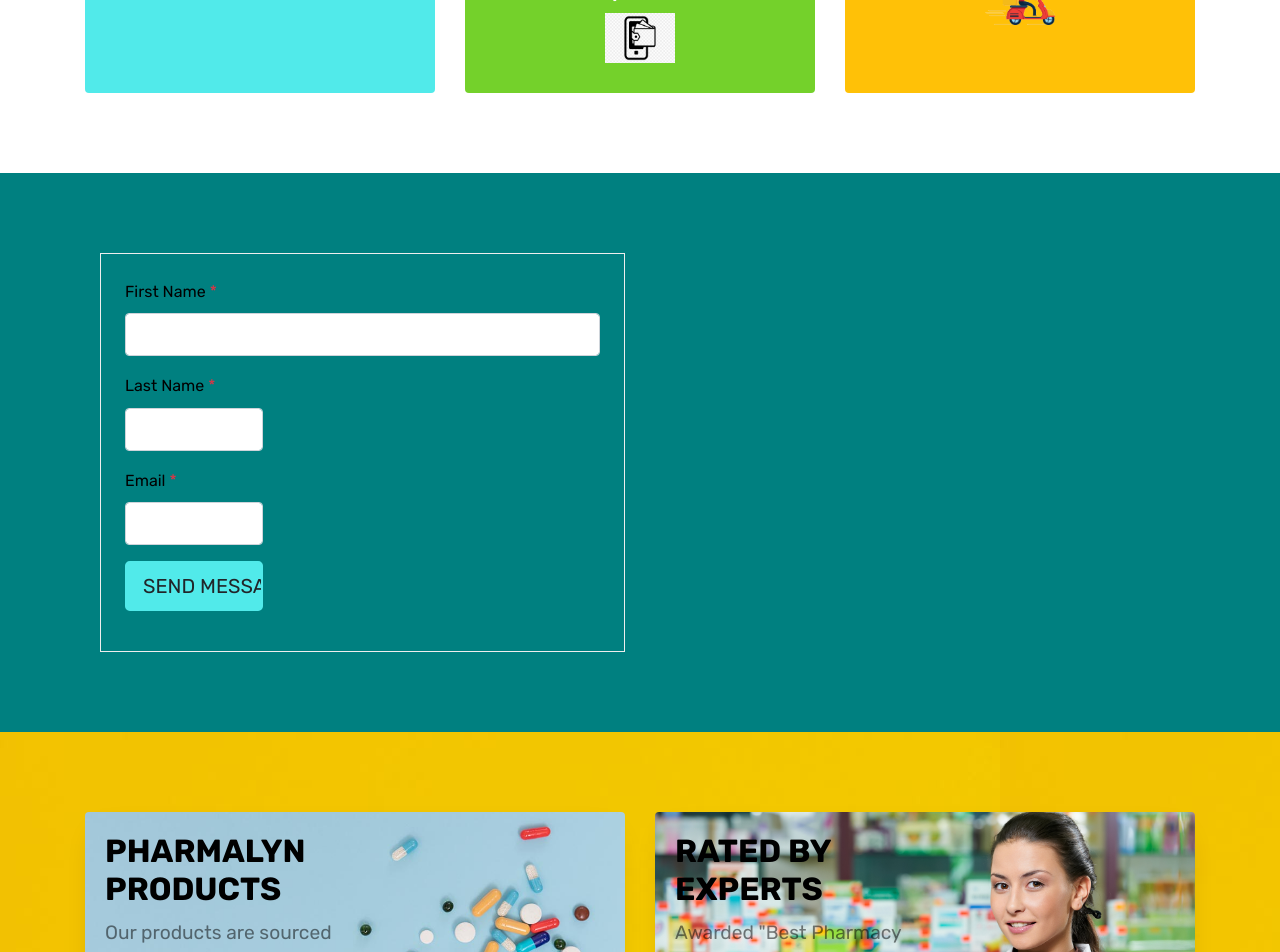
Repository: Nat-A/finalyearproject
Page: pharma/index - Copy.html
These files come from the project's save history. The page is drawn as it stood at one moment and after a run of saves; the edit follows.
The browser window is 1280 px wide. The pictures show the part of the page from y = 835 to 1787 px (the page is 2999 px tall).

Above is the page before, as saved 2020-06-03 13:41:46.

### pharma/index - Copy.html
<!DOCTYPE html>
<html lang="en">

<head>
    <title>PharmaLyn &mdash; HomePage</title>
    <meta charset="utf-8">
    <meta name="viewport" content="width=device-width, initial-scale=1, shrink-to-fit=no">

    <link href="https://fonts.googleapis.com/css?family=Rubik:400,700|Crimson+Text:400,400i" rel="stylesheet">
    <link rel="stylesheet" href="fonts/icomoon/style.css">

    <link rel="stylesheet" href="css/bootstrap.min.css">
    <link rel="stylesheet" href="css/magnific-popup.css">
    <link rel="stylesheet" href="css/jquery-ui.css">
    <link rel="stylesheet" href="css/owl.carousel.min.css">
    <link rel="stylesheet" href="css/owl.theme.default.min.css">


    <link rel="stylesheet" href="css/aos.css">

    <link rel="stylesheet" href="css/style.css">

</head>

<body>

    <div class="site-wrap">

        <!-- navbar  -->
        <div class="site-navbar py-2">

            <div class="search-wrap">
                <div class="container">
                    <a href="#" class="search-close js-search-close"><span class="icon-close2"></span></a>
                    <!-- search feature -->
                    <form action="#" method="post">
                        <input type="text" class="form-control" placeholder="Search drug...">
                    </form>
                </div>
            </div>

            <div class="container">
                <div class="d-flex align-items-center justify-content-between">
                    <div class="logo">
                        <div class="site-logo">
                            <a href="index.html" class="js-logo-clone">PharmaLyn</a>
                        </div>
                    </div>
                    <div class="main-nav d-none d-lg-block">
                        <nav class="site-navigation text-right text-md-center" role="navigation">
                            <ul class="site-menu js-clone-nav d-none d-lg-block">
                                <li class="active"><a href="index.html">Home</a></li>

                                <li class="has-children">
                                    <a href="#">Services</a>
                                    <ul class="dropdown">
                                        <li><a href="shop.html">Store</a></li>
                                        <li><a href="#">Scan Prescription</a></li>
                                        <li><a href="#">Request Video Chat</a></li>
                                    </ul>
                                </li>
                                <li><a href="contact.html">Contact</a></li>
                                <li><a href="about.html">About</a></li>
                                <li><a href="#">Log In / Sign Up  </a></li>
                                <!-- insert modal here -->
                            </ul>
                        </nav>
                    </div>
                    <div class="icons">
                        <a href="#" class="icons-btn d-inline-block js-search-open"><span class="icon-search"></span></a>
                        <a href="cart.html" class="icons-btn d-inline-block bag">
                            <span class="icon-shopping-bag"></span>
                            <!-- subject to the items in the cart -->
                            <span class="number">2</span>
                        </a>
                        <a href="#" class="site-menu-toggle js-menu-toggle ml-3 d-inline-block d-lg-none"><span
                class="icon-menu"></span></a>
                    </div>
                </div>
            </div>
        </div>
        <!-- end of navbar -->


        <!-- site banner -->
        <div class="site-blocks-cover" style="background-image: url('images/pills.jpg');">
            <div class="container">
                <div class="row">
                    <div class="col-lg-7 mx-auto order-lg-2 align-self-center">
                        <div class="site-block-cover-content text-center">
                            <h2 class="sub-title">PharmaLyn, We Care For You</h2>
                            <h1>Welcome To PharmaLyn</h1>
                            <p>
                                <a href="shop.html" class="btn btn-primary px-5 py-3">Shop Now</a>
                            </p>
                        </div>
                    </div>
                </div>
            </div>
        </div>
        <!-- end of banner -->

        <div class="site-section mb-0">
            <div class="container">
                <div class="row align-items-stretch section-overlap">
                    <div class="col-md-6 col-lg-4 mb-4 mb-lg-0">
                        <div class="banner-wrap bg-primary h-100">
                            <a class="h-100">
                                <h5 class="text-center">Place Order</h5>
                            </a>
                        </div>
                    </div>
                    <div class="col-md-6 col-lg-4 mb-4 mb-lg-0">
                        <div class="banner-wrap h-100">
                            <a class="h-100">
                                <h5 class="text-center">Select Payment Option</h5>
                                <img src="images/payment.png" alt="" width="70px" height="50px">
                            </a>
                        </div>
                    </div>
                    <div class="col-md-6 col-lg-4 mb-4 mb-lg-0">
                        <div class="banner-wrap bg-warning h-100">
                            <a class="h-100">
                                <h5 class="text-center">Free Delivery</h5>
                                <img src="images/delivery.gif" alt="" width="70px" height="50px">
                            </a>
                        </div>
                    </div>
                </div>
            </div>
        </div>
        <!-- creating another one -->



        <div class="site-section" style="background: teal;">
            <div class="container">
                <div class="col-md-6">

                    <form action="#" method="post">

                        <div class="p-3 p-lg-4 border">
                            <div class="form-group row">
                                <div class="col-md-12">
                                    <label for="c_fname" class="text-black">First Name <span class="text-danger">*</span></label>
                                    <input type="text" class="form-control" id="c_fname" name="c_fname">
                                </div>
                            </div>
                            <div class="form-group row">
                                <div class="col-md-4">
                                    <label for="c_lname" class="text-black">Last Name <span class="text-danger">*</span></label>
                                    <input type="text" class="form-control" id="c_lname" name="c_lname">
                                </div>
                            </div>
                            <div class="form-group row">
                                <div class="col-md-4">
                                    <label for="c_email" class="text-black">Email <span class="text-danger">*</span></label>
                                    <input type="email" class="form-control" id="c_email" name="c_email" placeholder="">
                                </div>
                            </div>

                            <div class="form-group row">
                                <div class="col-lg-4">
                                    <input type="submit" class="btn btn-primary btn-lg btn-block" value="Send Message">
                                </div>
                            </div>
                        </div>
                    </form>
                </div>







            </div>
        </div>


        <!-- site ad -->
        <div class="site-section" style="background-image: url( 'images/bg.jpeg'); ">
            <div class="container ">
                <div class="row align-items-stretch ">
                    <div class="col-lg-6 mb-5 mb-lg-0 ">
                        <a class="banner-1 h-100 d-flex " style="background-image: url( 'images/bg_1.jpg'); ">
                            <div class="banner-1-inner align-self-center ">
                                <h2>PharmaLyn Products</h2>
                                <p>Our products are sourced from trusted brands and we can vouch for the quality of every product we serve to our clients.
                                </p>
                            </div>
                        </a>
                    </div>
                    <div class="col-lg-6 mb-5 mb-lg-0 ">
                        <a class="banner-1 h-100 d-flex " style="background-image: url( 'images/avatars/doctor4.jpg'); ">
                            <div class="banner-1-inner align-self-center ">
                                <h2>Rated by Experts</h2>
                                <p>Awarded "Best Pharmacy Award" 2016, 2017, 2018 and 2019 by the Pharmaceutical Association of Ghana
                                </p>
                            </div>
                        </a>
                    </div>
                </div>
            </div>
        </div>
        <!-- end of ad -->




        <!-- original site ad -->
        <div class="site-section bg-secondary bg-image " style="background-image: url( 'images/bg_2.jpg'); ">
            <div class="container ">
                <div class="row align-items-stretch ">
                    <div class="col-lg-6 mb-5 mb-lg-0 ">
                        <a class="banner-1 h-100 d-flex " style="background-image: url( 'images/bg_1.jpg'); ">
                            <div class="banner-1-inner align-self-center ">
                                <h2>PharmaLyn Products</h2>
                                <p>Our products are sourced from trusted brands and we can vouch for the quality of every product we serve to our clients.
                                </p>
                            </div>
                        </a>
                    </div>
                    <div class="col-lg-6 mb-5 mb-lg-0 ">
                        <a class="banner-1 h-100 d-flex " style="background-image: url( 'images/avatars/doctor4.jpg'); ">
                            <div class="banner-1-inner align-self-center ">
                                <h2>Rated by Experts</h2>
                                <p>Awarded "Best Pharmacy Award" 2016, 2017, 2018 and 2019 by the Pharmaceutical Association of Ghana
                                </p>
                            </div>
                        </a>
                    </div>
                </div>
            </div>
        </div>
        <!-- end of ad -->

        <!-- footer -->
        <footer class="site-footer ">
            <div class="container ">
                <div class="row ">
                    <div class="col-md-6 col-lg-3 mb-4 mb-lg-0 ">

                        <div class="block-7 ">
                            <h3 class="footer-heading mb-4 ">About Us</h3>
                            <p>Best Pharmacy In Ghana</p>
                        </div>

                    </div>
                    <div class="col-lg-3 mx-auto mb-5 mb-lg-0 ">
                        <h3 class="footer-heading mb-4 ">Quick Links</h3>
                        <ul class="list-unstyled ">
                            <li><a href="shop.html ">Store</a></li>
                            <li><a href="# ">Scan Prescription</a></li>
                            <li><a href="# ">Request Video Chat</a></li>
                        </ul>
                    </div>

                    <div class="col-md-6 col-lg-3 ">
                        <div class="block-5 mb-5 ">
                            <h3 class="footer-heading mb-4 ">Contact Info</h3>
                            <ul class="list-unstyled ">
                                <li class="address ">233 Avenue, Oxford Street, Osu, Accra. </li>
                                <li class="phone "><a href="tel:// ">+233 24 444 444</a></li>
                                <li class="email ">info@pharmalyn.shop</li>
                            </ul>
                        </div>
                    </div>
                </div>
                <div class="row pt-5 text-center ">
                    <div class="col-md-12 ">
                        <p>
                            Copyright &copy;
                            <script>
                                document.write(new Date().getFullYear());
                            </script> All rights reserved | PharmaLyn
                        </p>
                    </div>
                </div>
            </div>
        </footer>
        <!-- end of footer -->
    </div>

    <script src="js/jquery-3.3.1.min.js "></script>
    <script src="js/jquery-ui.js "></script>
    <script src="js/popper.min.js "></script>
    <script src="js/bootstrap.min.js "></script>
    <script src="js/owl.carousel.min.js "></script>
    <script src="js/jquery.magnific-popup.min.js "></script>
    <script src="js/aos.js "></script>

    <script src="js/main.js "></script>

</body>

</html>

Loaded but not shown: pharma/fonts/icomoon/style.css (common file); pharma/css/bootstrap.min.css (library); pharma/css/magnific-popup.css (library); pharma/css/jquery-ui.css (library); pharma/css/owl.carousel.min.css (common file); pharma/css/owl.theme.default.min.css (common file); pharma/css/aos.css (library); pharma/js/jquery-3.3.1.min.js (library); pharma/js/jquery-ui.js (library); pharma/js/popper.min.js (library); pharma/js/bootstrap.min.js (library); pharma/js/owl.carousel.min.js (library); pharma/js/jquery.magnific-popup.min.js (library); pharma/js/aos.js (library); pharma/js/main.js (219 lines, source omitted); pharma/css/style.css (1125 lines, source omitted)

After the next 2 saves:
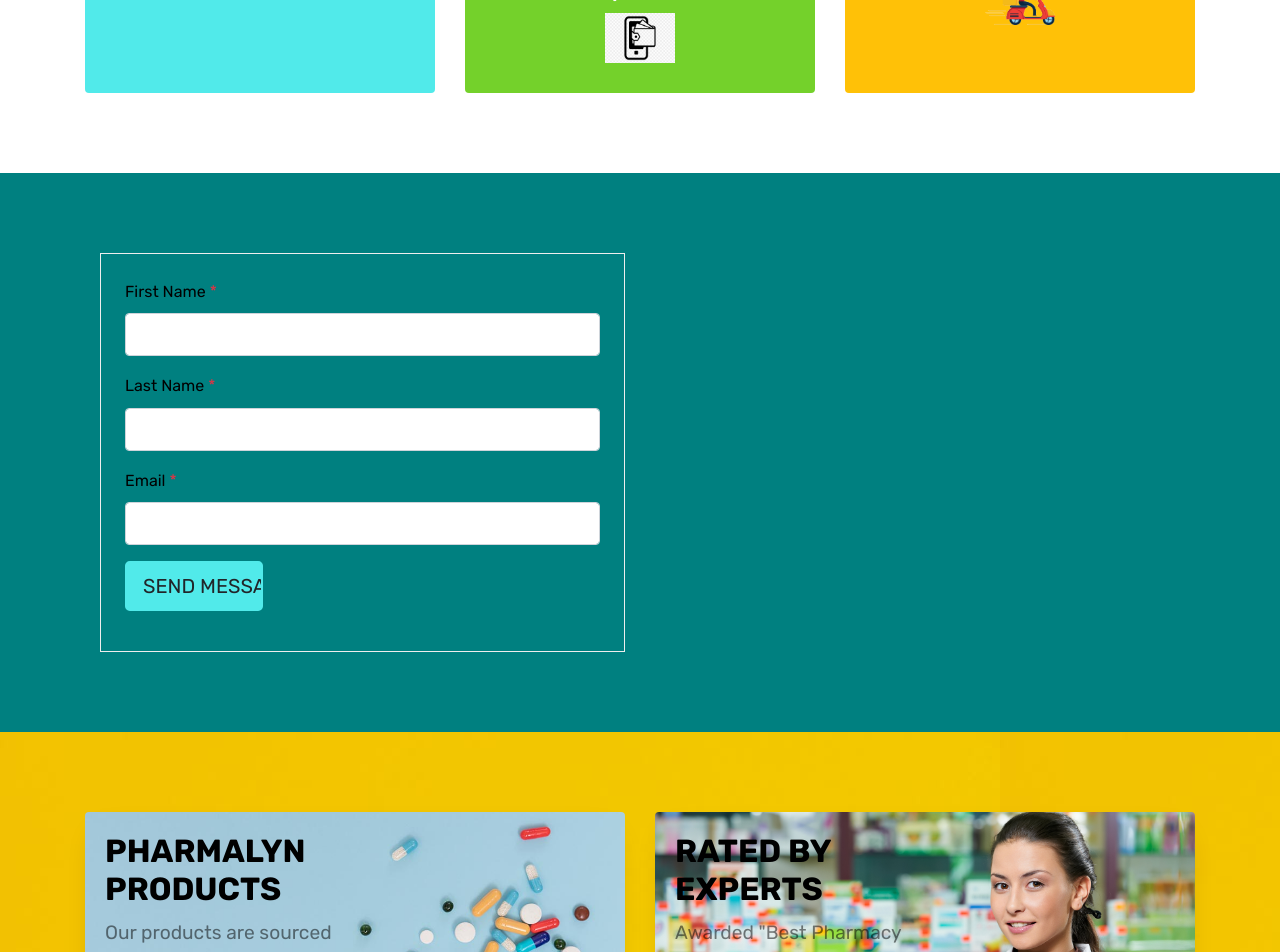
The 2 saves are shown as one change because they came seconds apart.
The last was saved 11 s later.
--- a/pharma/index - Copy.html
+++ b/pharma/index - Copy.html
@@ -147,13 +147,13 @@
                                 </div>
                             </div>
                             <div class="form-group row">
-                                <div class="col-md-4">
+                                <div class="col-md-12">
                                     <label for="c_lname" class="text-black">Last Name <span class="text-danger">*</span></label>
                                     <input type="text" class="form-control" id="c_lname" name="c_lname">
                                 </div>
                             </div>
                             <div class="form-group row">
-                                <div class="col-md-4">
+                                <div class="col-md-12">
                                     <label for="c_email" class="text-black">Email <span class="text-danger">*</span></label>
                                     <input type="email" class="form-control" id="c_email" name="c_email" placeholder="">
                                 </div>
